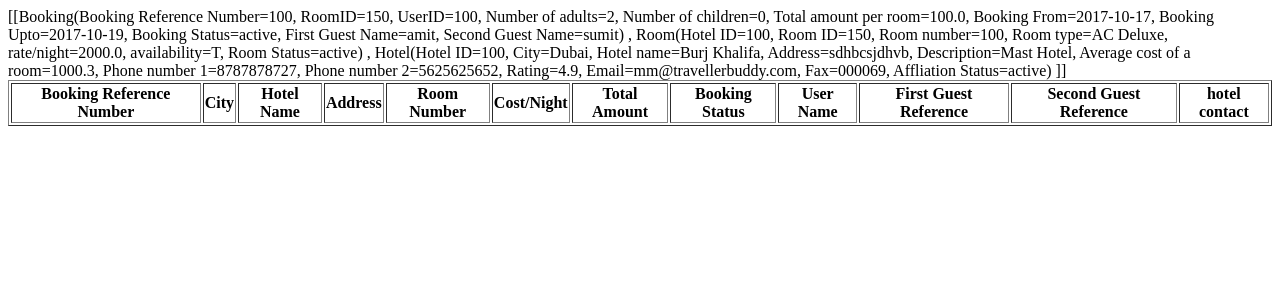
Repository: dishangjain/SpringProject
Page: http://localhost/HotelBookingManagementSystem/JSPs/BookingStatus.jsp
These files come from the project's save history. The page is drawn as it stood at one moment and after the next save; the edit follows.
The browser window is 1280 px wide. The pictures show the whole page.
The page is served by Tomcat 9. Nobody is signed in. The application's start-up code is not run. The template is opened directly, without the code that normally fills it, so the values that code supplies are empty.

Above is the page before, as saved 2017-10-16 05:46:05.

After the next save:
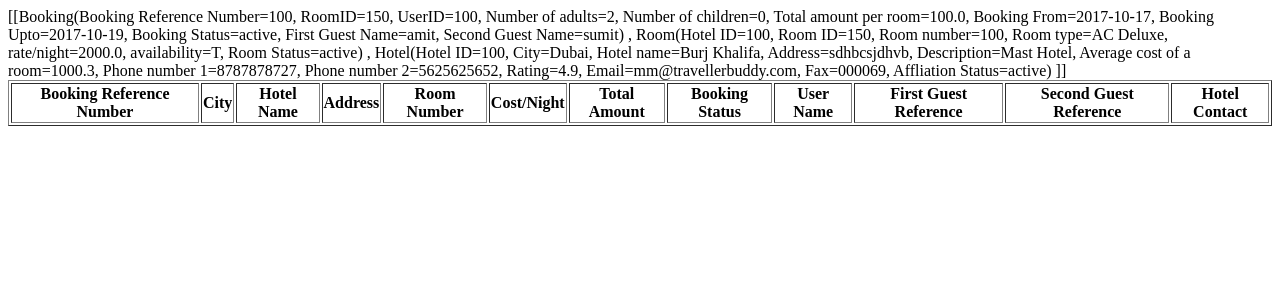
Saved 6 s later.
--- a/HotelBookingManagementSystem/WebContent/JSPs/BookingStatus.jsp
+++ b/HotelBookingManagementSystem/WebContent/JSPs/BookingStatus.jsp
@@ -33,7 +33,7 @@
 				<th>User Name</th>
 				<th>First Guest Reference</th>
 				<th>Second Guest Reference</th>
-				<th>hotel contact</th>
+				<th>Hotel Contact</th>
 			</tr>
 			<c:forEach items="${hotelList }" var="hotel">
 				<tr>
